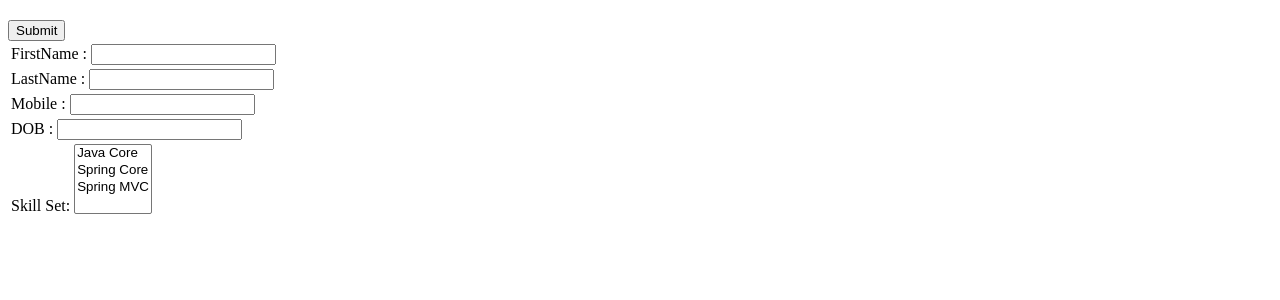
Repository: akashbadave7/SpringMVC
Page: http://localhost/SpringDemo/WEB-INF/jsp/form.jsp
An editor plug-in stored every save of this project. The page is shown before and after the next save, followed by the edit.
The browser window is 1280 px wide. The pictures show the whole page.
The page is served by Tomcat 9. Nobody is signed in. The template is opened directly, without the code that normally fills it, so the values that code supplies are empty.

Above is the page before, as saved 2017-11-04 06:27:10.

After the next save:
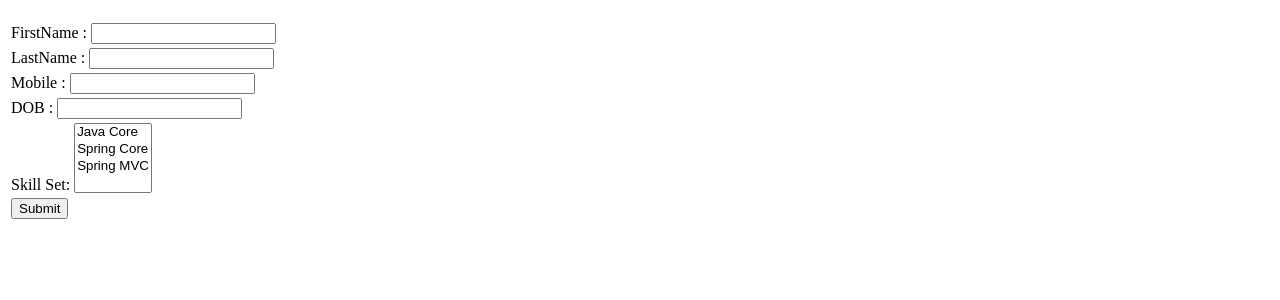
Saved 25 s later.
--- a/SpringDemo/src/main/webapp/WEB-INF/jsp/form.jsp
+++ b/SpringDemo/src/main/webapp/WEB-INF/jsp/form.jsp
@@ -30,7 +30,7 @@
 					<option value="Spring MVC">Spring MVC</option>
 					</select></td>
 	</tr>
-		<input type="submit" value="Submit"/>
+		<tr><td><input type="submit" value="Submit"/></td></tr>
 		</table>
 	</form>
 </body>
